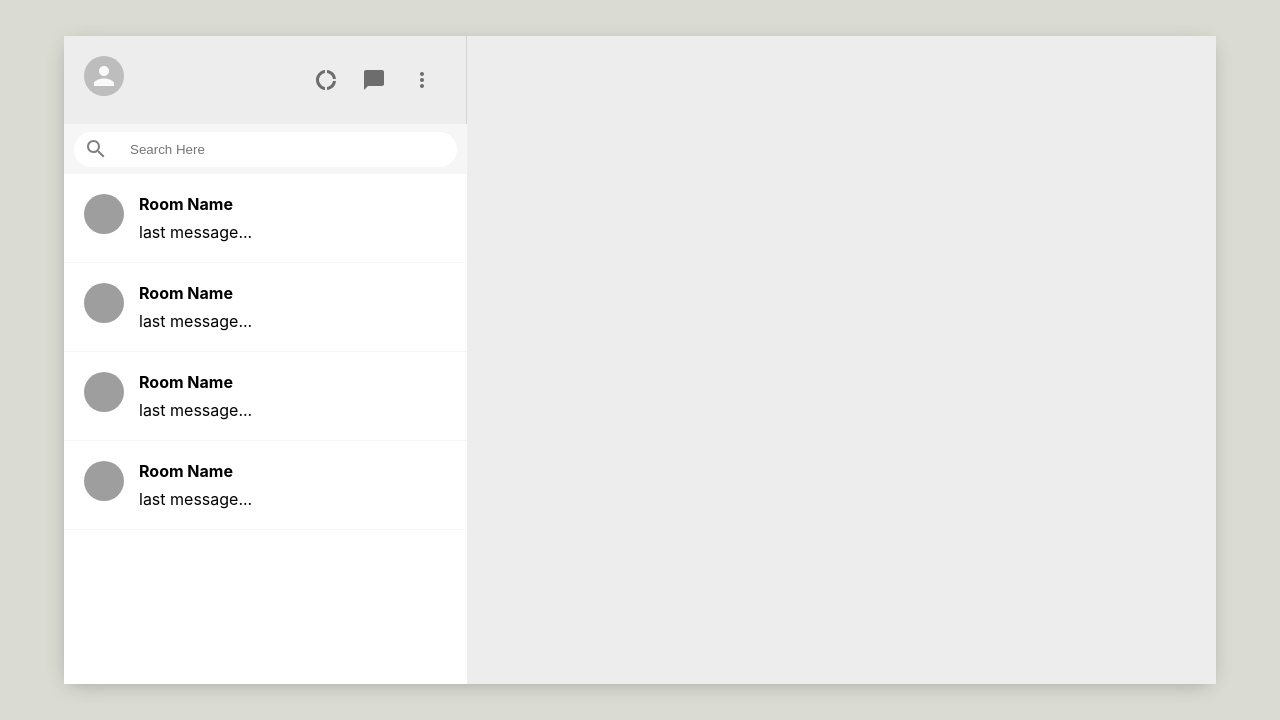
Repository: Prafullkuma/whatsappclon
Page: /
An editor plug-in stored every save of this project. The page is shown before and after the next save, followed by the edit.
The browser window is 1280 px wide. The pictures show the whole page.
Pictures or frames that could not be fetched are drawn as grey boxes. The project was rebuilt for these pictures with package versions that can differ from the ones it lists, and the page was loaded fresh each time.

Above is the page before, as saved 2020-08-19 12:39:16.

After the next save:
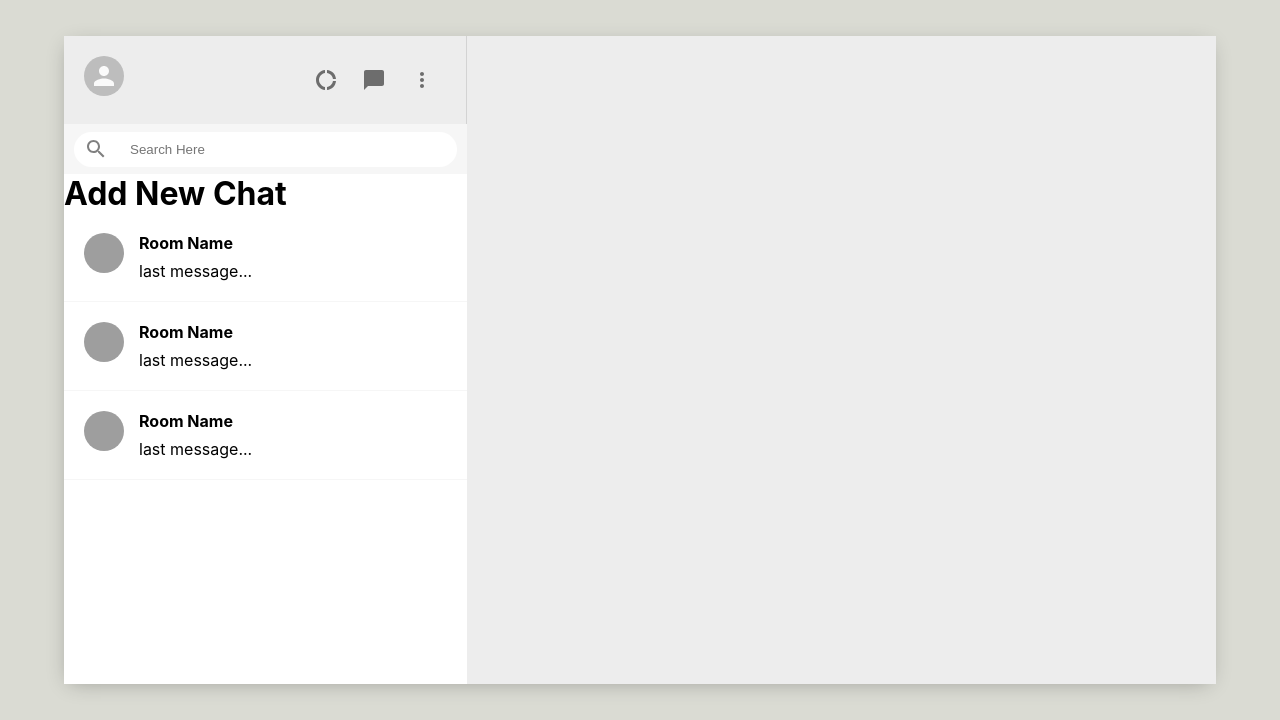
Saved 86 s later.
--- a/src/Component/Chat/SidebarChat.js
+++ b/src/Component/Chat/SidebarChat.js
@@ -11,7 +11,7 @@ function SidebarChat({ addNewChat }) {
     }, [])
 
 
-    return (
+    return !addNewChat ? (
         <div className="sidebarChat">
             <Avatar src={`https://avatars.dicebear.com/api/human/${seed}.svg`} />
             <div className="sidebarchat_info">
@@ -19,7 +19,9 @@ function SidebarChat({ addNewChat }) {
                 <p>last message...</p>
             </div>
         </div>
-    )
+    ) : <div>
+            <h1>Add New Chat</h1>
+        </div>
 }
 
 export default SidebarChat
